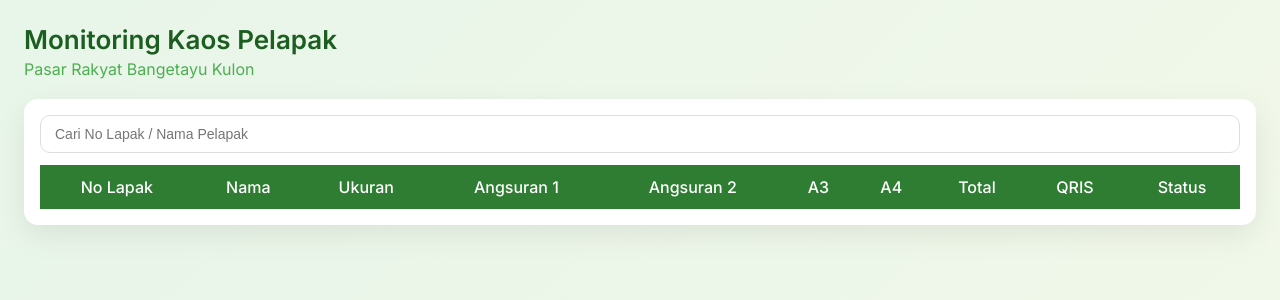
Repository: pasarrakyatbak/monitoringpembayarankaos
Page: index.html
An editor plug-in stored every save of this project. The page is shown before and after a run of saves, followed by the edit.
The browser window is 1280 px wide. The pictures show the whole page.
The page's requests for data from a server got no answer.

Above is the page before, as saved 2026-01-04 13:39:35.

After the next 2 saves:
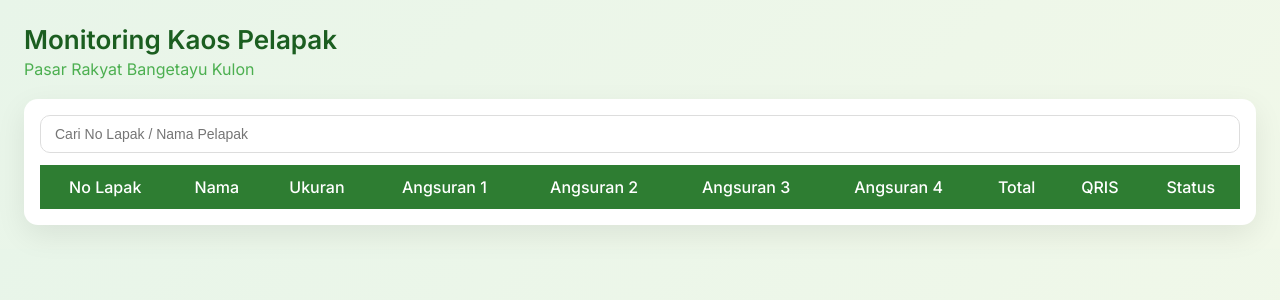
The 2 saves are shown as one change because they came seconds apart.
The last was saved 7 s later.
--- a/index.html
+++ b/index.html
@@ -35,8 +35,8 @@
                         <th>Ukuran</th>
                         <th>Angsuran 1</th>
                         <th>Angsuran 2</th>
-                        <th>A3</th>
-                        <th>A4</th>
+                        <th>Angsuran 3</th>
+                        <th>Angsuran 4</th>
                         <th>Total</th>
                         <th>QRIS</th>
                         <th>Status</th>
